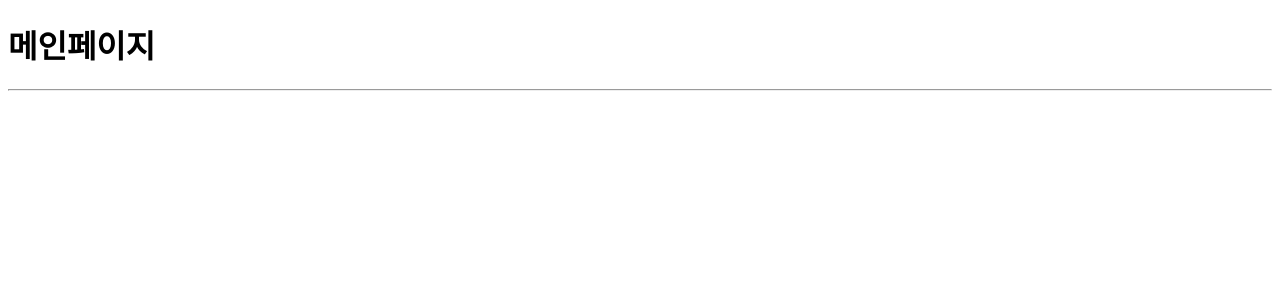
Repository: leesangbok/jsp-work
Page: http://localhost/cos/main.jsp
An editor plug-in stored every save of this project. The page is shown before and after the next save, followed by the edit.
The browser window is 1280 px wide. The pictures show the whole page.
The page is served by Tomcat 9.

Above is the page before, as saved 2020-08-22 02:28:28.

### cos/WebContent/main.jsp
<%@ page language="java" contentType="text/html; charset=UTF-8"
    pageEncoding="UTF-8"%>
<!DOCTYPE html>
<html>
<head>
<meta charset="UTF-8">
<title>메인페이지</title>
</head>
<body>
	<h1>메인페이지</h1>
	<hr/>

</body>
</html>

After the next save:
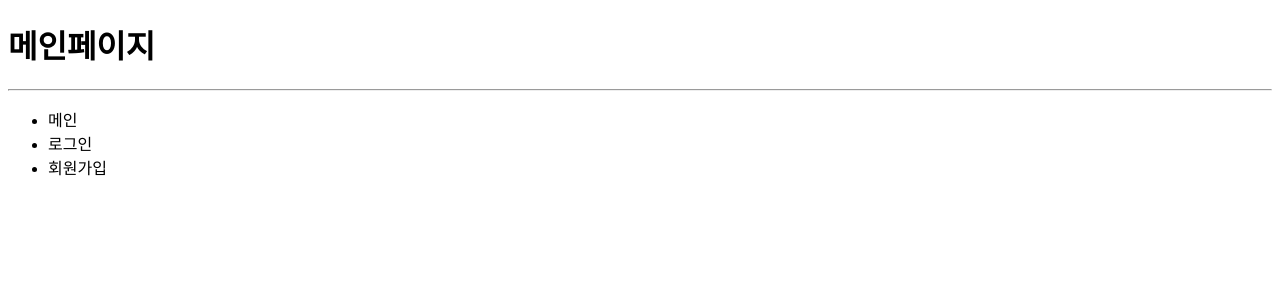
Saved 96 s later.
--- a/cos/WebContent/main.jsp
+++ b/cos/WebContent/main.jsp
@@ -9,6 +9,10 @@
 <body>
 	<h1>메인페이지</h1>
 	<hr/>
-
+	<ul>
+		<li>메인</li>
+		<li>로그인</li>
+		<li>회원가입</li>
+	</ul>
 </body>
 </html>
